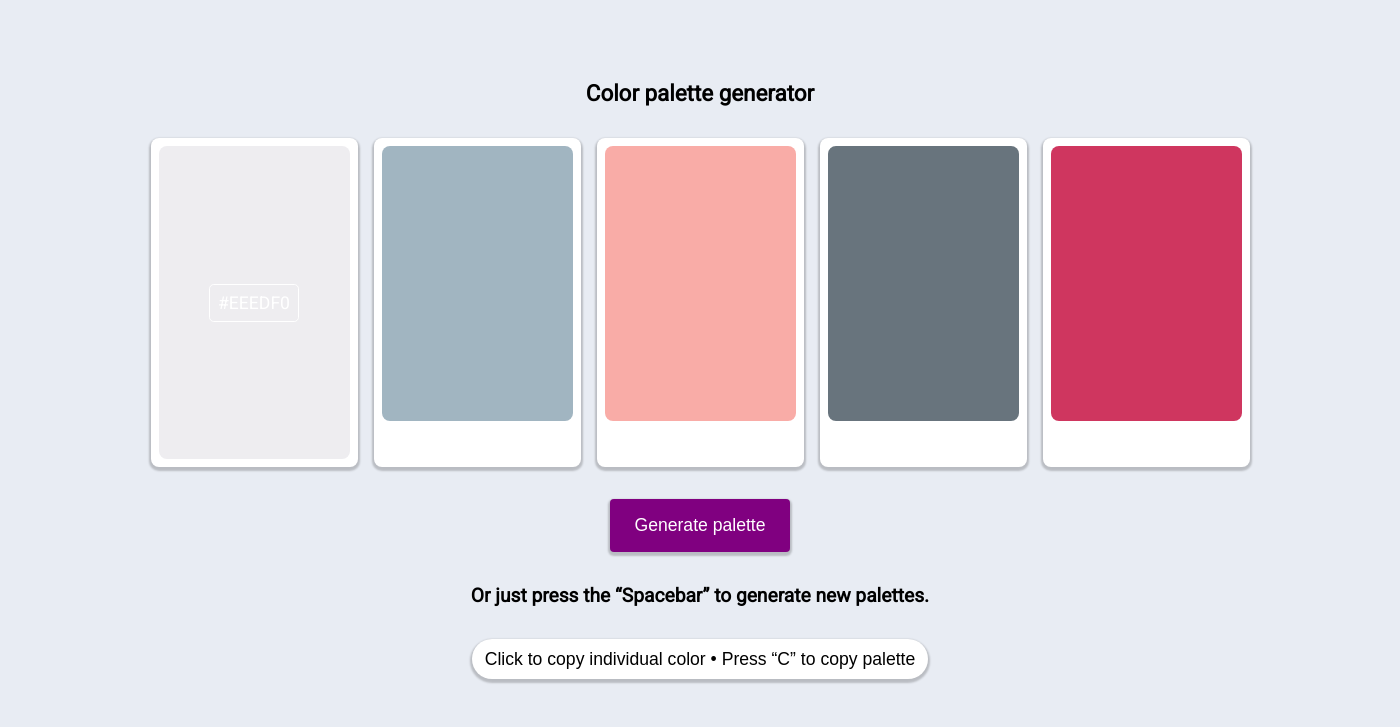
Repository: Hcmwebs/Color-Palette-Generator
Page: index.html
An editor plug-in stored every save of this project. The page is shown before and after the next save, followed by the edit.
The browser window is 1280 px wide. The page is 1400 px wide, so the pictures cover 1400 px, including what lies to the right of the window. The pictures show the whole page.

Above is the page before, as saved 2020-10-22 13:59:01.

After the next save:
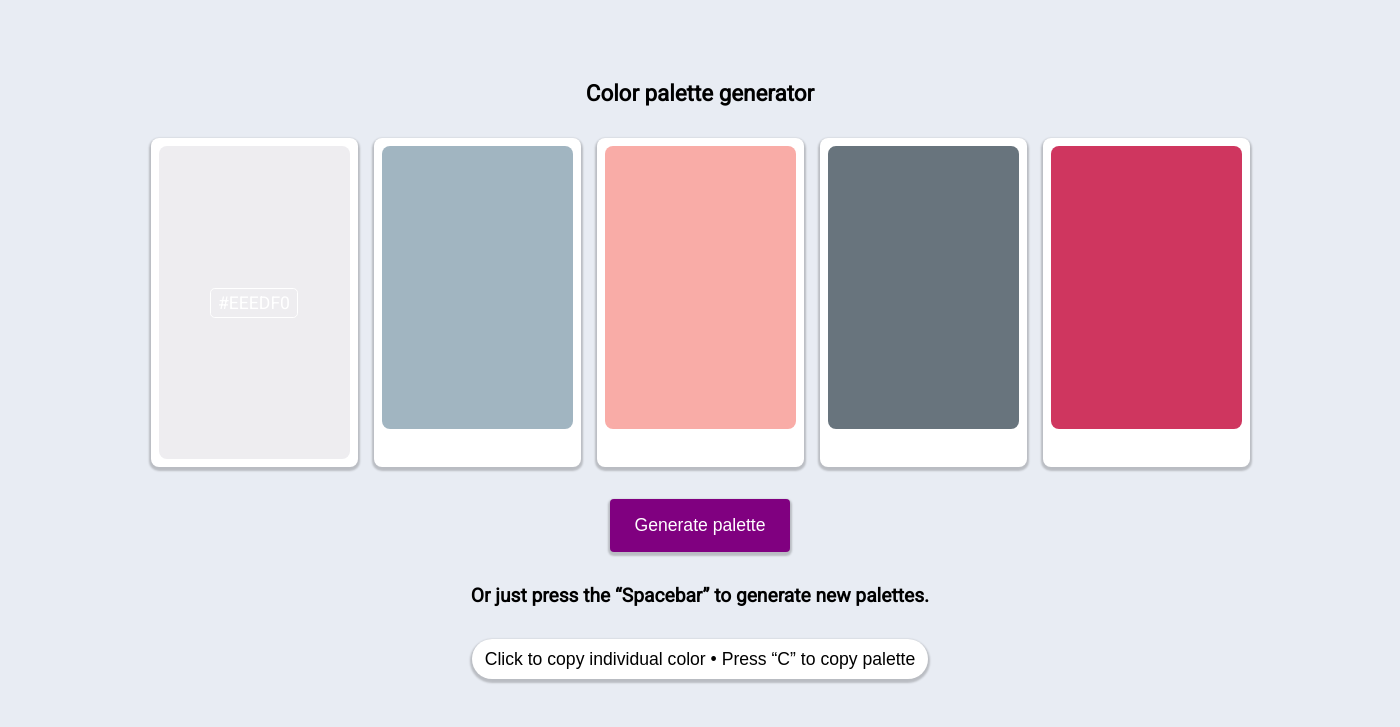
Saved 14 s later.
--- a/styles.css
+++ b/styles.css
@@ -118,7 +118,7 @@ h3 {
   margin: auto;
   color:#fff;
   border:1px solid #fff;
-  padding: 8px;
+  padding: 4px 7px;
   border-radius: 0.3rem;
 }
 
